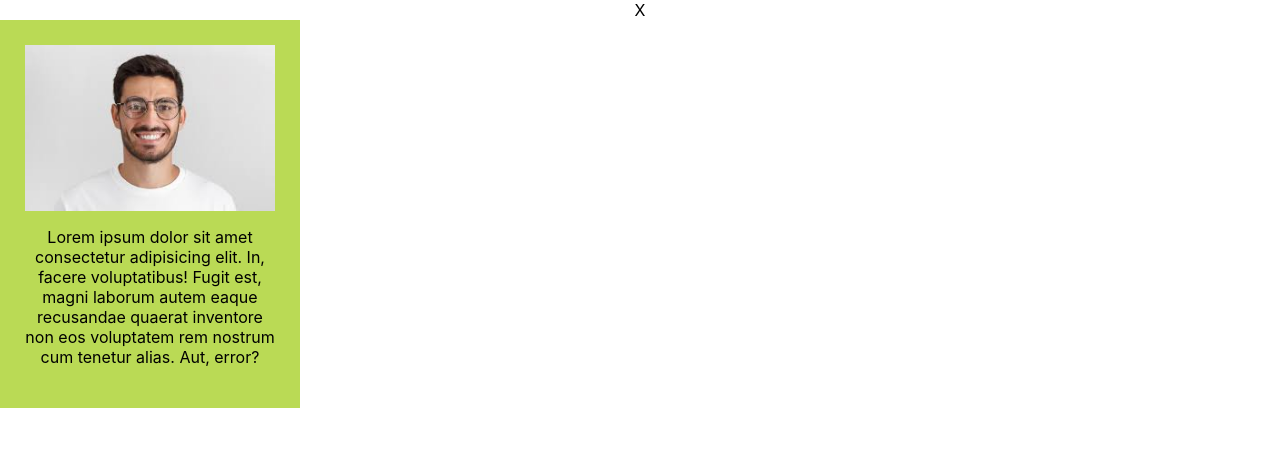
Repository: mikelnorth/team-profile-demo
Page: /
An editor plug-in stored every save of this project. The page is shown before and after the next save, followed by the edit.
The browser window is 1280 px wide. The pictures show the whole page.
The project was rebuilt for these pictures with package versions that can differ from the ones it lists, and the page was loaded fresh each time.

Above is the page before, as saved 2022-05-19 18:29:19.

### src/App.js
import './App.css';
import Card from './components/Card';

function App() {
  return (
    <div className="App">
      <nav>X</nav>

      <main>
        <Card/>
      </main>

    </div>
  );
}

export default App;

### src/components/Card.js
import headshot from "../assets/images/stock-head.jpeg";
import './Card.scss';

export default function Card() {
  return (
    <section className="card">
      <img src={headshot} alt="headshot" />
      <p>
        Lorem ipsum dolor sit amet consectetur adipisicing elit. In, facere
        voluptatibus! Fugit est, magni laborum autem eaque recusandae quaerat
        inventore non eos voluptatem rem nostrum cum tenetur alias. Aut, error?
      </p>
    </section>
  );
}

### src/components/Card.scss
.card {
  display: flex;
  flex-direction: column;
  width: 250px;
  padding: 25px;
  background-color: #bada55;
}

Loaded but not shown: public/index.html (common file); src/index.js (common file); src/index.css (common file); src/reportWebVitals.js (common file); src/App.css (common file)

After the next save:
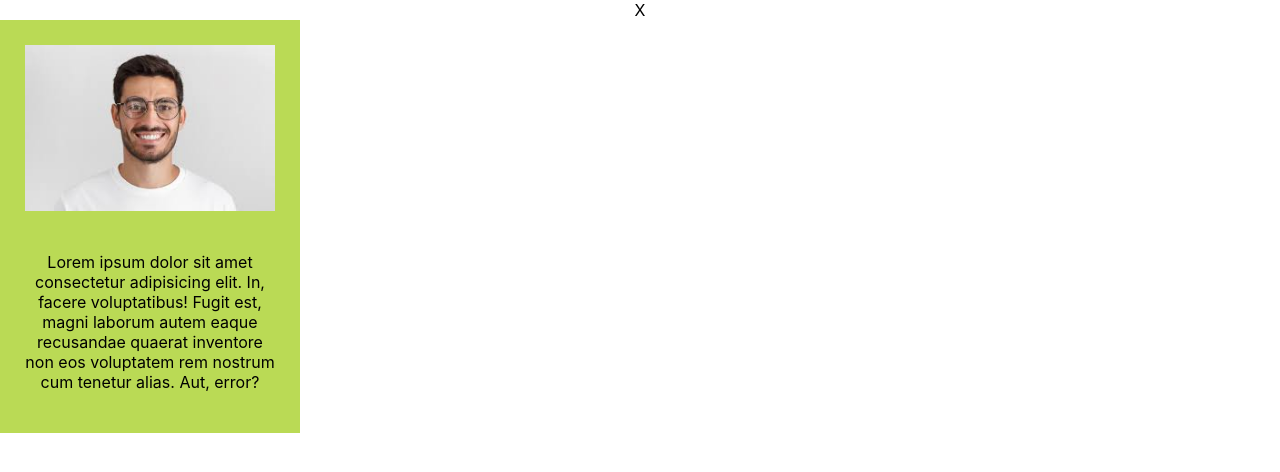
Saved 79 s later.
--- a/src/components/Card.scss
+++ b/src/components/Card.scss
@@ -4,4 +4,8 @@
   width: 250px;
   padding: 25px;
   background-color: #bada55;
+
+  img {
+    margin-bottom: 25px;
+  }
 }
